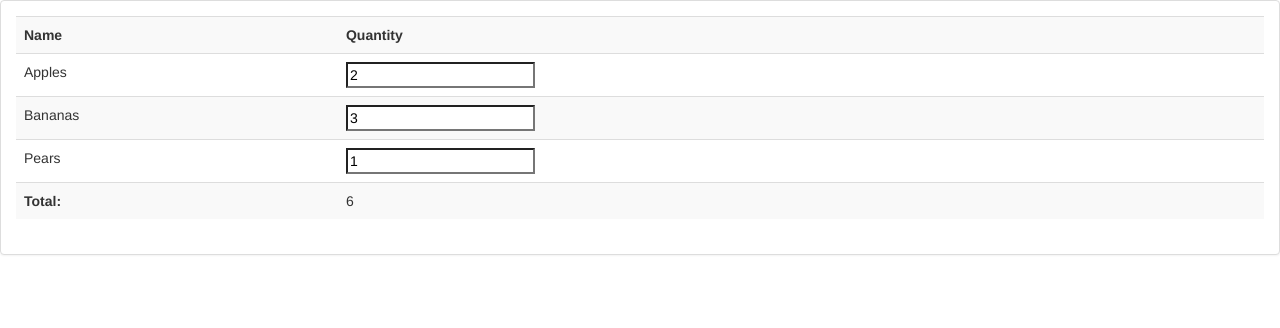
Repository: chisun-joung/workplace
Page: angularJS/WebContent/Chap17_CustomDirective/P521_Controller.html
These files come from the project's save history. The page is drawn as it stood at one moment and after the next save; the edit follows.
The browser window is 1280 px wide. The pictures show the whole page.
Some web libraries are served in a nearby version.

Above is the page before, as saved 2016-12-01 02:38:05.

After the next save:
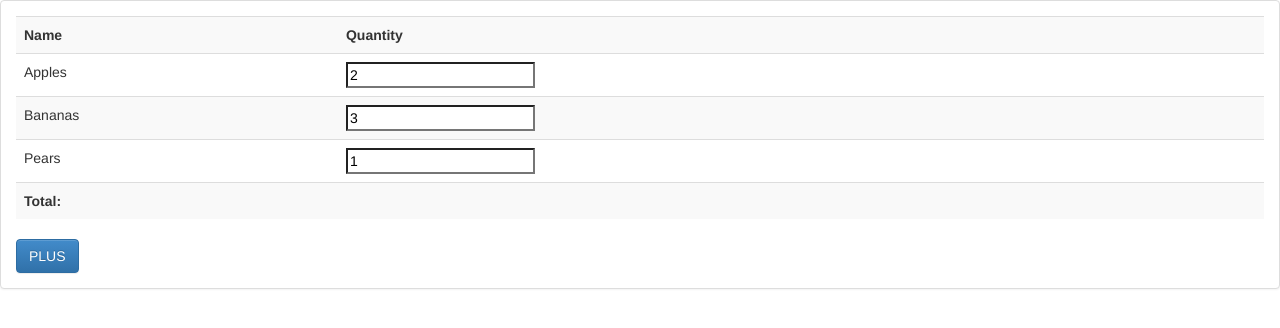
Saved 4 min 51 s later.
--- a/angularJS/WebContent/Chap17_CustomDirective/P521_Controller.html
+++ b/angularJS/WebContent/Chap17_CustomDirective/P521_Controller.html
@@ -32,7 +32,22 @@
 
                 		$scope.value = total;
                 	}
-                	$scope.update();
+                	//$scope.update();
+                },
+                compile: function(element,attrs,atrnsFn){
+                	var btn = angular.element('<button>');
+                	btn.text("PLUS");
+                	btn.addClass('btn btn-primary');
+                	element.parent().append(btn);
+
+                	return function(scope){
+                		console.log(scope);
+
+                		btn.on('click', function(){
+                				scope.update();
+                				scope.$apply();
+                		});
+                	}
                 }
             }
         })
